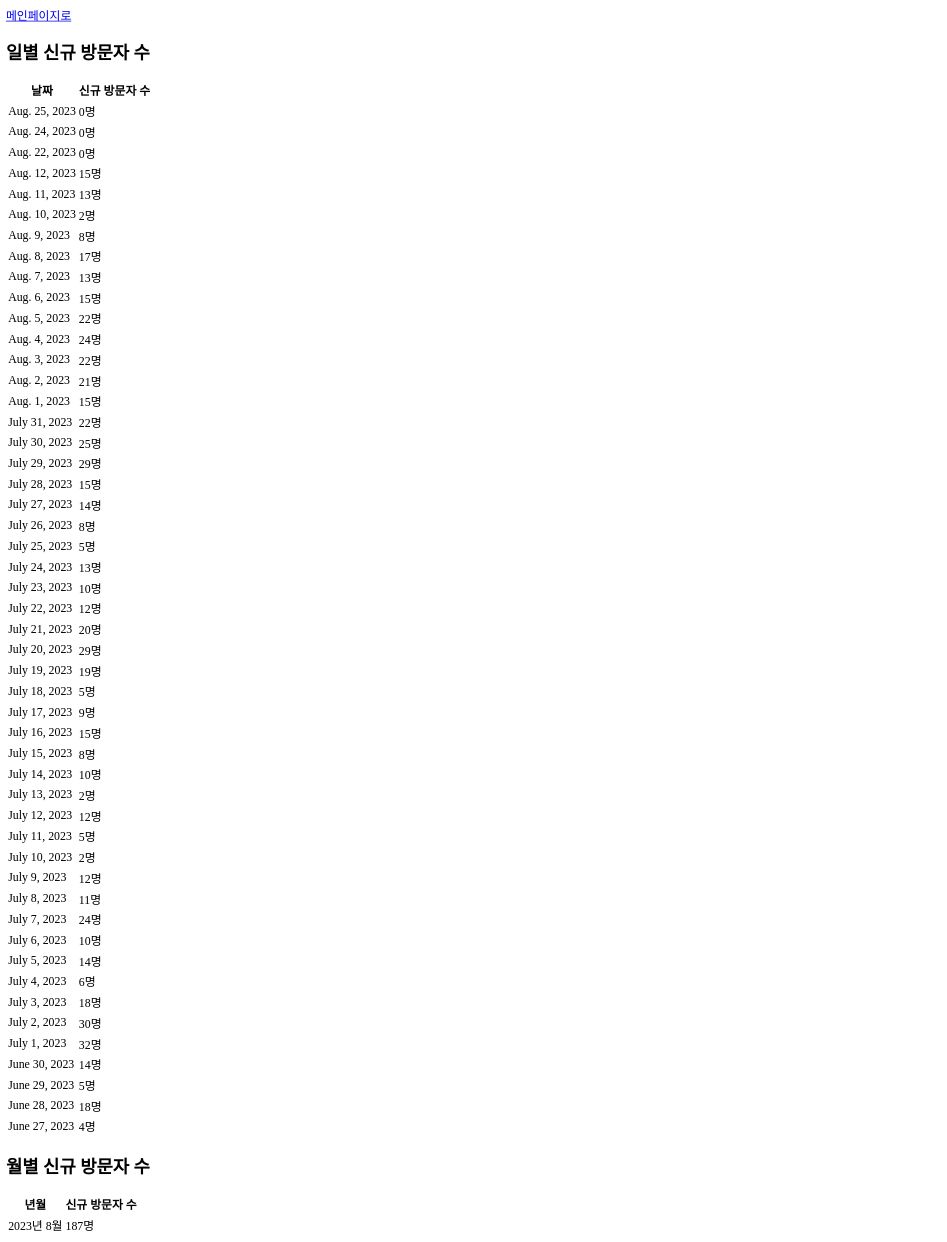
Repository: leeenzang/realmo
Page: http://localhost/newvisit/new/
These files come from the project's save history. The page is drawn as it stood at one moment and after the next save; the edit follows.
The browser window is 1280 px wide. The pictures show the whole page, at 74% of full size.
The page is served by the project's application, run on Django 4.2 (manage.py). Other server files are loaded and not shown. The page reads the database file committed with the project.

Above is the page before, as saved 2023-08-25 12:58:33.

### newvisit/templates/newvisit/new_visitors.html
{% load static %}

{% block content %}
<a href="{% url 'home' %}" class="btn btn-primary">메인페이지로</a>

<div class="container mt-5">
    <h2>일별 신규 방문자 수</h2>
    <table class="table table-bordered table-hover">
        <thead>
            <tr>
                <th>날짜</th>
                <th>신규 방문자 수</th>
            </tr>
        </thead>
        <tbody>
            {% for visitor in daily_visitors %}
            <tr>
                <td>{{ visitor.date }}</td>
                <td>{{ visitor.new_visitors_count }}명</td>
            </tr>
            {% endfor %}
        </tbody>
    </table>
</div>

<div class="container mt-5">
    <h2>월별 신규 방문자 수</h2>
    <table class="table table-bordered table-hover">
        <thead>
            <tr>
                <th>년월</th>
                <th>신규 방문자 수</th>
            </tr>
        </thead>
        <tbody>
            {% for visitor in monthly_visitors %}
            <tr>
                <td>{{ visitor.year }}년 {{ visitor.month }}월</td>
                <td>{{ visitor.new_visitors_count }}명</td>
            </tr>
            {% endfor %}
        </tbody>
    </table>
</div>

{% endblock %}

### newvisit/models.py
from django.db import models

class DailyNewVisitors(models.Model):
    date = models.DateField(unique=True)
    new_visitors_count = models.PositiveIntegerField()

class MonthlyNewVisitors(models.Model):
    year = models.PositiveIntegerField()
    month = models.PositiveIntegerField()
    new_visitors_count = models.PositiveIntegerField()

    class Meta:
        unique_together = ('year', 'month')

### newvisit/views.py
from django.shortcuts import render
from .models import DailyNewVisitors, MonthlyNewVisitors

def new_visitors_summary(request):
    daily_visitors = DailyNewVisitors.objects.all().order_by('-date')
    monthly_visitors = MonthlyNewVisitors.objects.all().order_by('-year', '-month')
    context = {
        'daily_visitors': daily_visitors,
        'monthly_visitors': monthly_visitors
    }
    return render(request, 'newvisit/new_visitors.html', context)

### config/urls.py
"""
URL configuration for config project.

The `urlpatterns` list routes URLs to views. For more information please see:
    https://docs.djangoproject.com/en/4.2/topics/http/urls/
Examples:
Function views
    1. Add an import:  from my_app import views
    2. Add a URL to urlpatterns:  path('', views.home, name='home')
Class-based views
    1. Add an import:  from other_app.views import Home
    2. Add a URL to urlpatterns:  path('', Home.as_view(), name='home')
Including another URLconf
    1. Import the include() function: from django.urls import include, path
    2. Add a URL to urlpatterns:  path('blog/', include('blog.urls'))
"""
from django.contrib import admin
from django.urls import path, include

urlpatterns = [
    path("admin/", admin.site.urls),
    path('mainpage/', include('mainpage.urls')),
    path('file_upload/', include('file_upload.urls')),
    path('analytics/', include('analytics.urls')),
    path('newvisit/', include('newvisit.urls')),
]

### mainpage/urls.py
from django.urls import path
from .views import home



urlpatterns = [
    path('', home, name='home'),
]

### file_upload/urls.py
from django.urls import path
from . import views

app_name = 'visit'

urlpatterns = [
    path('upload/', views.upload_csv, name='upload_csv'),
]

### analytics/urls.py
from django.urls import path
from . import views

app_name = 'analytics'

urlpatterns = [
    path('revisit_rate/', views.revisit_rate, name='revisit_rate'),
]

### newvisit/urls.py
from django.urls import path
from . import views

app_name = 'newvisit'  # <-- 이 부분 추가


urlpatterns = [
    path('new/', views.new_visitors_summary, name='new_visitors'),
]

### db.sqlite3 (the tables this page reads, as SQL)
CREATE TABLE "newvisit_dailynewvisitors" ("id" integer NOT NULL PRIMARY KEY AUTOINCREMENT, "date" date NOT NULL UNIQUE, "new_visitors_count" integer unsigned NOT NULL CHECK ("new_visitors_count" >= 0));
INSERT INTO "newvisit_dailynewvisitors" VALUES
(1, '2023-08-22', 0),
(2, '2023-08-24', 0),
(3, '2023-07-03', 18),
(4, '2023-07-02', 30),
(5, '2023-07-01', 32),
(6, '2023-06-30', 14),
(7, '2023-06-29', 5),
(8, '2023-06-28', 18),
(9, '2023-06-27', 4),
(10, '2023-07-12', 12),
(11, '2023-07-11', 5),
(12, '2023-07-10', 2),
(13, '2023-07-09', 12),
(14, '2023-07-08', 11),
(15, '2023-07-07', 24),
(16, '2023-07-06', 10),
(17, '2023-07-05', 14),
(18, '2023-07-31', 22),
(19, '2023-07-30', 25),
(20, '2023-07-29', 29),
(21, '2023-07-28', 15),
(22, '2023-08-25', 0),
(23, '2023-07-27', 14),
(24, '2023-07-26', 8),
(25, '2023-07-25', 5),
(26, '2023-07-24', 13),
(27, '2023-07-23', 10),
(28, '2023-07-22', 12),
(29, '2023-07-21', 20),
(30, '2023-07-20', 29),
(31, '2023-07-19', 19),
(32, '2023-07-18', 5),
(33, '2023-07-17', 9),
(34, '2023-07-16', 15),
(35, '2023-07-15', 8),
(36, '2023-07-14', 10),
(37, '2023-07-13', 2),
(38, '2023-07-04', 6),
(39, '2023-08-04', 24),
(40, '2023-08-03', 22),
(41, '2023-08-02', 21),
(42, '2023-08-01', 15),
(43, '2023-08-07', 13),
(44, '2023-08-06', 15),
(45, '2023-08-05', 22),
(46, '2023-08-10', 2),
(47, '2023-08-09', 8),
(48, '2023-08-08', 17),
(49, '2023-08-12', 15),
(50, '2023-08-11', 13);

CREATE TABLE "newvisit_monthlynewvisitors" ("id" integer NOT NULL PRIMARY KEY AUTOINCREMENT, "year" integer unsigned NOT NULL CHECK ("year" >= 0), "month" integer unsigned NOT NULL CHECK ("month" >= 0), "new_visitors_count" integer unsigned NOT NULL CHECK ("new_visitors_count" >= 0));
INSERT INTO "newvisit_monthlynewvisitors" VALUES
(1, 2023, 8, 187);

After the next save:
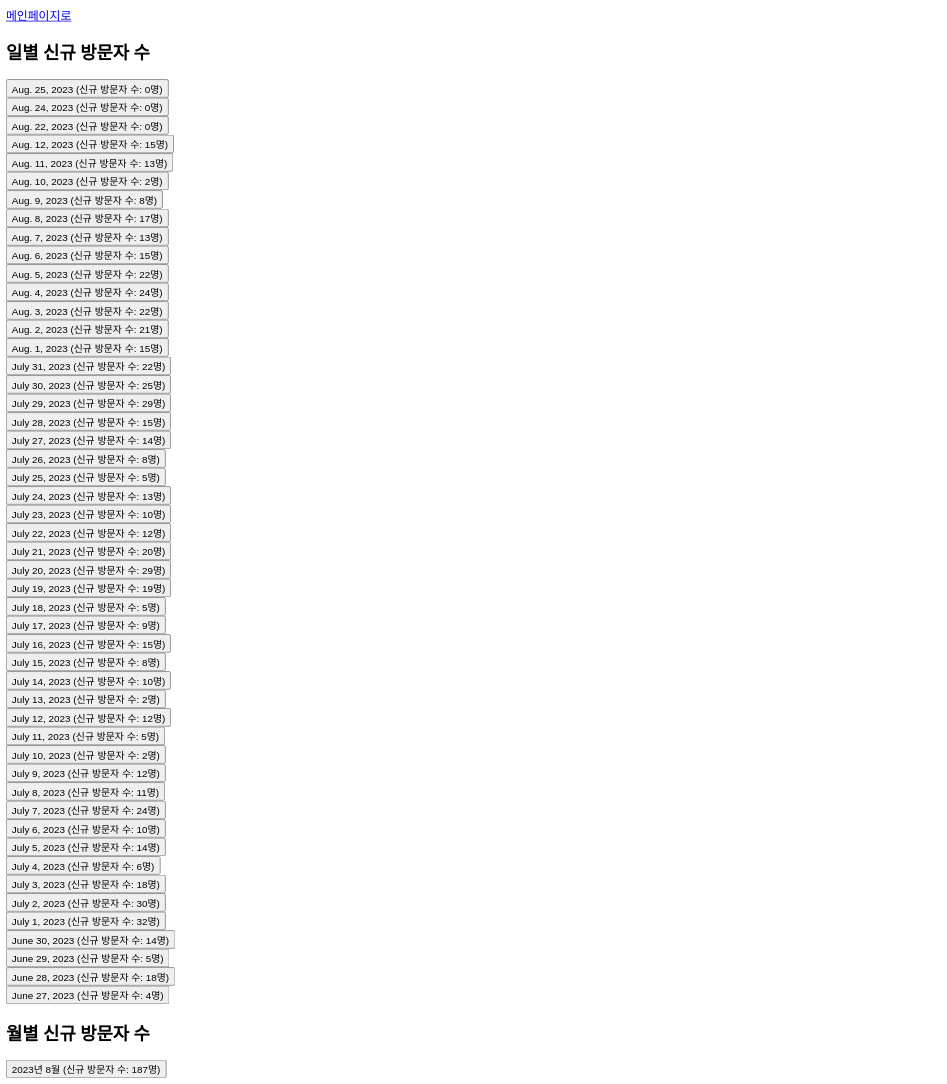
Saved 2 min 58 s later.
--- a/newvisit/templates/newvisit/new_visitors.html
+++ b/newvisit/templates/newvisit/new_visitors.html
@@ -5,42 +5,26 @@
 
 <div class="container mt-5">
     <h2>일별 신규 방문자 수</h2>
-    <table class="table table-bordered table-hover">
-        <thead>
-            <tr>
-                <th>날짜</th>
-                <th>신규 방문자 수</th>
-            </tr>
-        </thead>
-        <tbody>
-            {% for visitor in daily_visitors %}
-            <tr>
-                <td>{{ visitor.date }}</td>
-                <td>{{ visitor.new_visitors_count }}명</td>
-            </tr>
-            {% endfor %}
-        </tbody>
-    </table>
+    {% for visitor in daily_visitors %}
+    <button class="btn btn-link" type="button" data-toggle="collapse" data-target="#day-{{visitor.date}}" aria-expanded="true">
+        {{ visitor.date }} (신규 방문자 수: {{ visitor.new_visitors_count }}명)
+    </button>
+    <div id="day-{{visitor.date}}" class="collapse">
+        <!-- 이 부분에 해당 일의 상세 데이터를 추가할 수 있습니다. -->
+    </div>
+    {% endfor %}
 </div>
 
 <div class="container mt-5">
     <h2>월별 신규 방문자 수</h2>
-    <table class="table table-bordered table-hover">
-        <thead>
-            <tr>
-                <th>년월</th>
-                <th>신규 방문자 수</th>
-            </tr>
-        </thead>
-        <tbody>
-            {% for visitor in monthly_visitors %}
-            <tr>
-                <td>{{ visitor.year }}년 {{ visitor.month }}월</td>
-                <td>{{ visitor.new_visitors_count }}명</td>
-            </tr>
-            {% endfor %}
-        </tbody>
-    </table>
+    {% for visitor in monthly_visitors %}
+    <button class="btn btn-link" type="button" data-toggle="collapse" data-target="#month-{{visitor.year}}-{{visitor.month}}" aria-expanded="true">
+        {{ visitor.year }}년 {{ visitor.month }}월 (신규 방문자 수: {{ visitor.new_visitors_count }}명)
+    </button>
+    <div id="month-{{visitor.year}}-{{visitor.month}}" class="collapse">
+        <!-- 이 부분에 해당 월의 상세한 일별 데이터를 추가할 수 있습니다. -->
+    </div>
+    {% endfor %}
 </div>
 
 {% endblock %}
